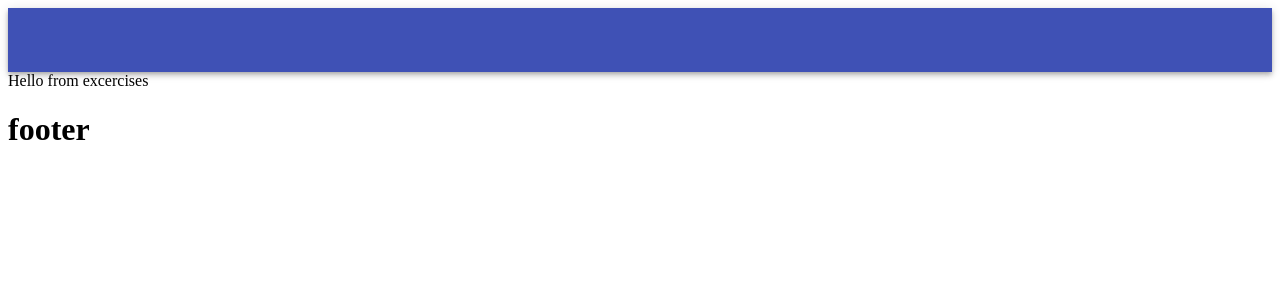
Repository: Votex874/material-ui
Page: /
The author's editor kept a copy of each file at every save. The page is drawn from the files as they stood at one save, then again after the next save.
The browser window is 1280 px wide. The pictures show the whole page.
The project was rebuilt for these pictures with package versions that can differ from the ones it lists, and the page was loaded fresh each time.

Above is the page before, as saved 2019-03-23 17:19:23.

### src/index.js
import React from 'react';
import ReactDOM from 'react-dom';
import App from './Components/App';
import * as serviceWorker from './serviceWorker';

ReactDOM.render(<App />, document.getElementById('root'));

// If you want your app to work offline and load faster, you can change
// unregister() to register() below. Note this comes with some pitfalls.
// Learn more about service workers: https://bit.ly/CRA-PWA
serviceWorker.unregister();

### src/Components/App.js
import React, { Component, Fragment } from 'react';
import { Header, Footer } from './Layouts/index'
import Excersises from './Exercises/index'


class App extends Component {
  render() {
    return (
      <Fragment>
        <Header />
        <Excersises />
        <Footer />
      </Fragment>
    );
  }
}

export default App;

### src/Components/Layouts/index.js
import Header from './Header'
import Footer from './Footer'

export {
  Header, Footer
}

### src/Components/Exercises/index.js
import React from 'react'

export default props =>
  <div>
    Hello from excercises
  </div>

### src/Components/Layouts/Header.js
import React from 'react';
import { AppBar, Toolbar } from '@material-ui/core'


const Header = props => {
  return (
    <AppBar position="static">
      <Toolbar>
      </Toolbar>
    </AppBar>
  );
}

export default Header

### src/Components/Layouts/Footer.js
import React from 'react';

const Footer = props => {
  return (
    <div>
      <h1>footer</h1>
    </div>
  );
}

export default Footer

Loaded but not shown: public/index.html (common file); src/serviceWorker.js (common file)

After the next save:
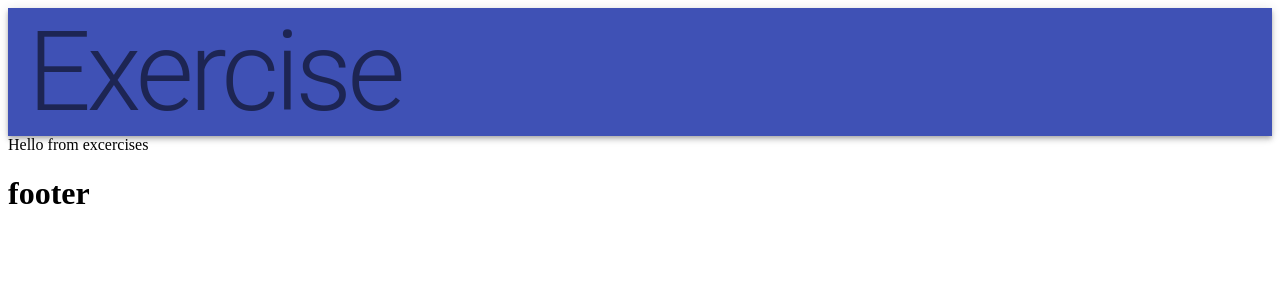
Saved 2 min 26 s later.
--- a/src/Components/Layouts/Header.js
+++ b/src/Components/Layouts/Header.js
@@ -1,11 +1,12 @@
 import React from 'react';
-import { AppBar, Toolbar } from '@material-ui/core'
+import { AppBar, Toolbar, Typography } from '@material-ui/core'
 
 
 const Header = props => {
   return (
     <AppBar position="static">
       <Toolbar>
+        <Typography variant="display4">Exercise</Typography>
       </Toolbar>
     </AppBar>
   );
